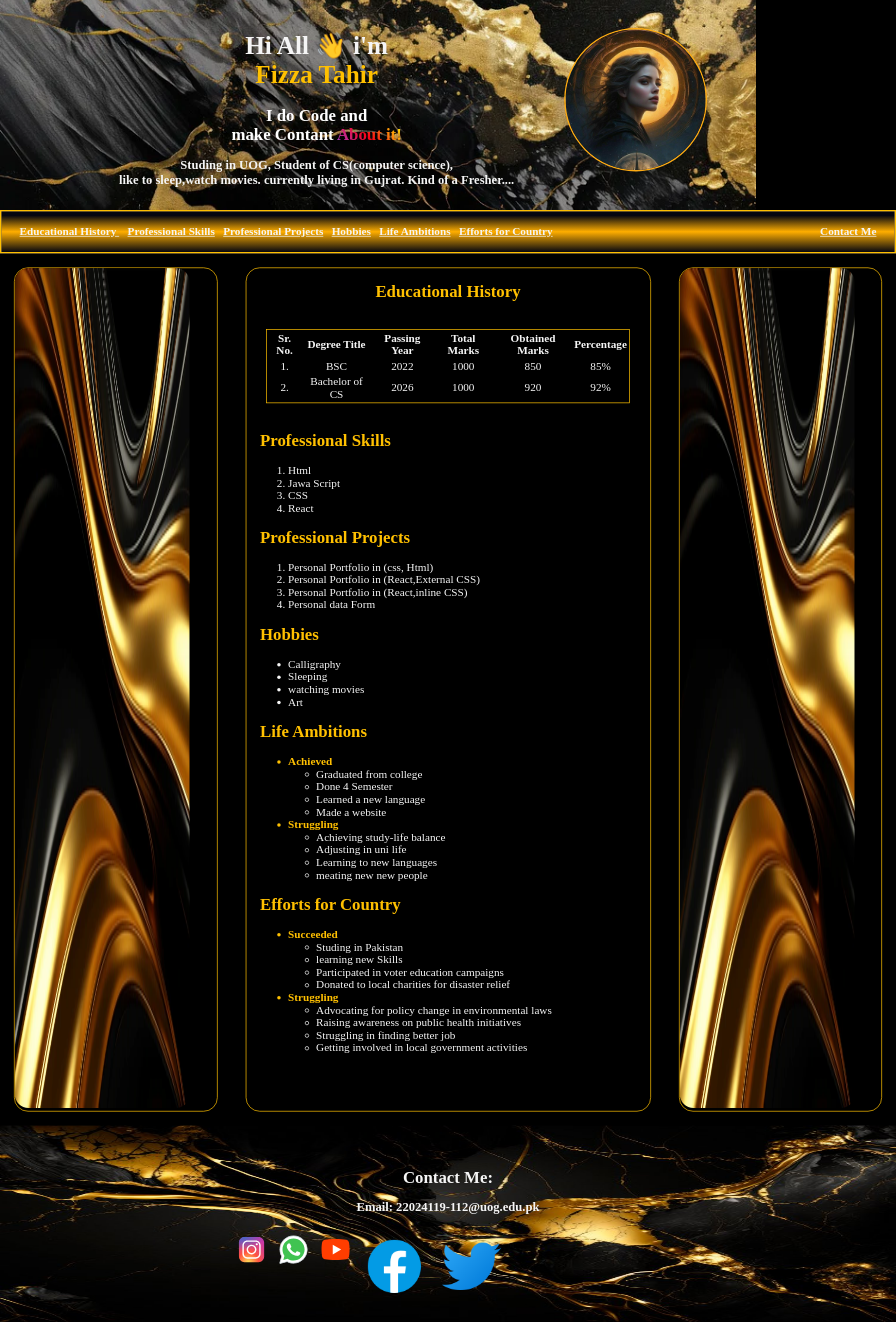
Repository: Fizza-112/project
Page: /
An editor plug-in stored every save of this project. The page is shown before and after a run of saves, followed by the edit.
The browser window is 1280 px wide. The pictures show the whole page, at 70% of full size.
The project was rebuilt for these pictures with package versions that can differ from the ones it lists, and the page was loaded fresh each time. Also part of the build but not shown: vite.config.ts.

Above is the page before, as saved 2024-09-20 14:07:58.

After the next 3 saves:
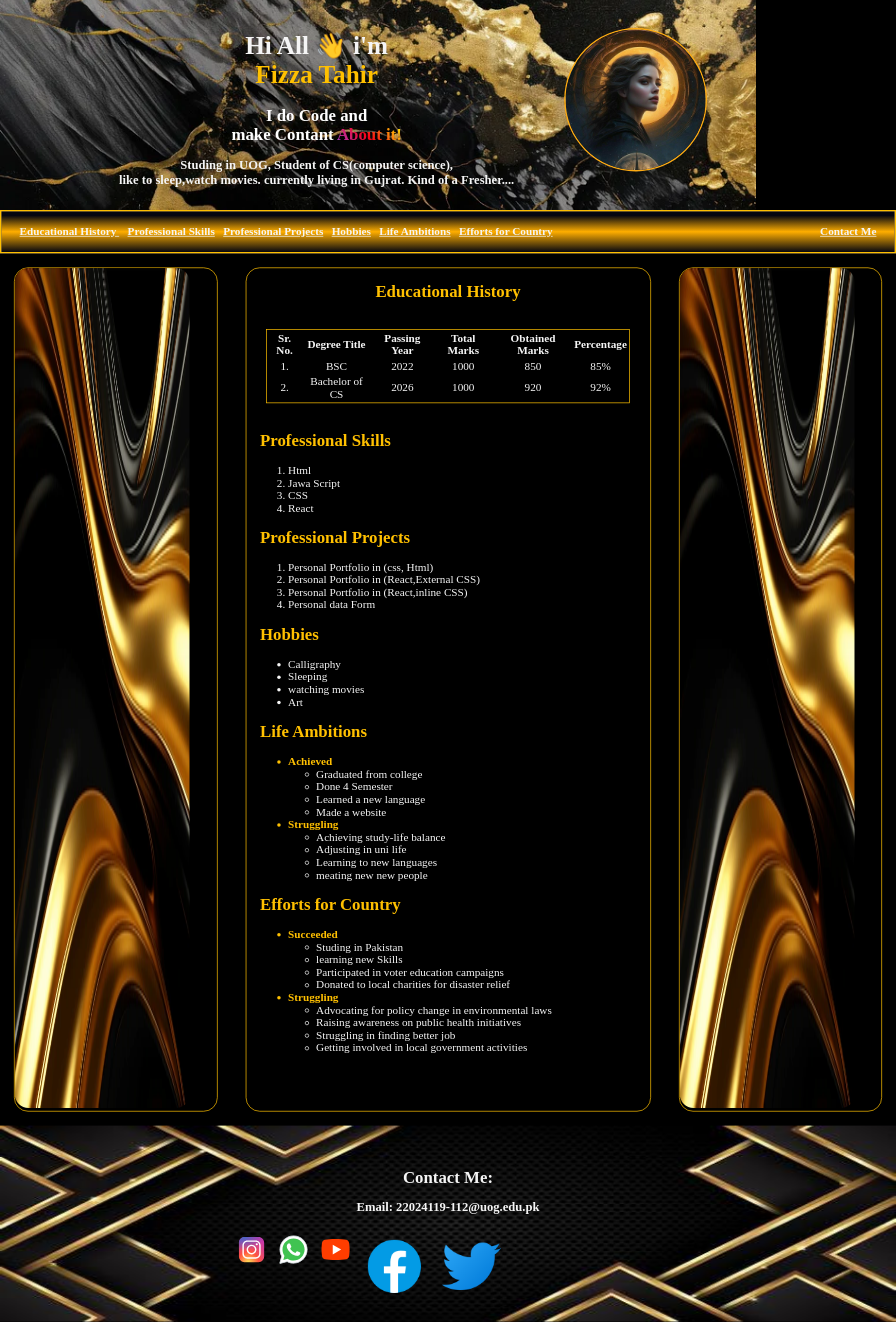
The 3 saves are shown as one change because they came seconds apart.
The last was saved 89 s later.
--- a/src/App.tsx
+++ b/src/App.tsx
@@ -9,7 +9,7 @@
 import marbelimg from "./components/marbel.webp"
 import profimg from "./assets/WhatsApp Image 2024-09-20 at 8.07.10 AM.jpeg"
 import sidedivimg from "./assets/sidediv.webp"
-import contantimg from "./assets/bg.jpg"
+import contantimg from "./assets/triangle.jpg"
 const App = () => {
   return (
     <>

After the 2 saves that followed:
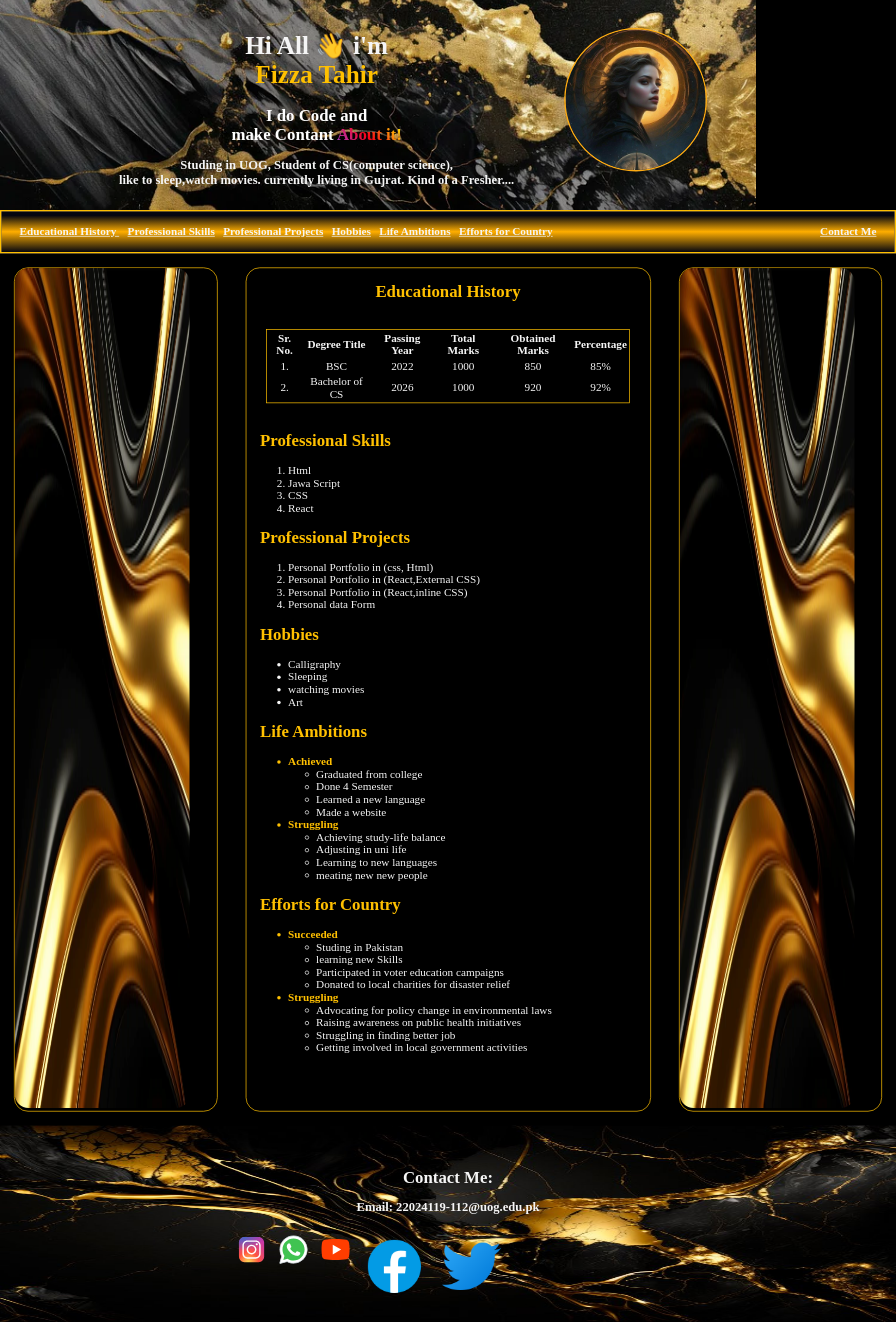
The 2 saves are shown as one change because they came seconds apart.
The last was saved 107 s later.
--- a/src/App.tsx
+++ b/src/App.tsx
@@ -9,7 +9,7 @@
 import marbelimg from "./components/marbel.webp"
 import profimg from "./assets/WhatsApp Image 2024-09-20 at 8.07.10 AM.jpeg"
 import sidedivimg from "./assets/sidediv.webp"
-import contantimg from "./assets/triangle.jpg"
+import contantimg from "./assets/bg.jpg"
 const App = () => {
   return (
     <>
